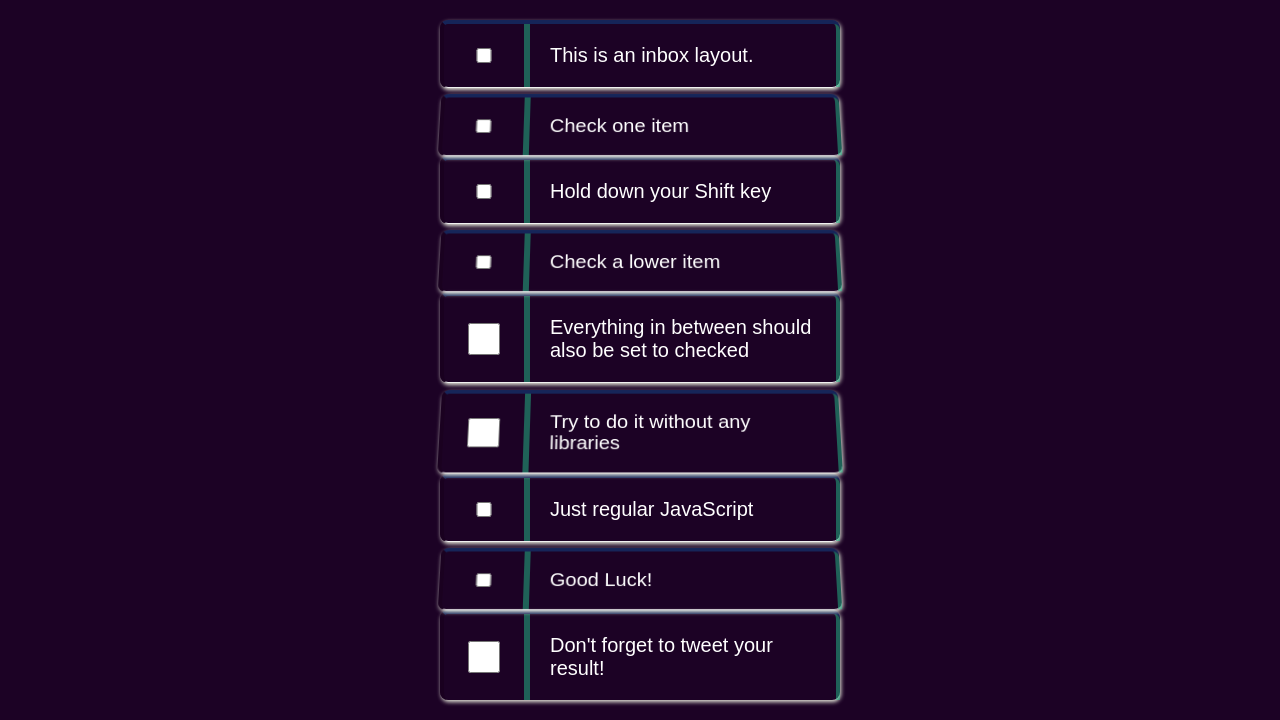
Repository: Freezler/Shift-Select-Checkboxes
Page: index.html
These files come from the project's save history. The page is drawn as it stood at one moment and after the next save; the edit follows.
The browser window is 1280 px wide. The pictures show the whole page.

Above is the page before, as saved 2024-09-07 23:04:22.

### index.html
<!DOCTYPE html>
<html lang="en">

<head>
  <meta charset="UTF-8">
  <title>Hold Shift to Check Multiple Checkboxes</title>
  <link rel="icon" href="https://fav.farm/🔥" />
</head>

<body>
  <style>
    :root {
      --background-color: rgb(28, 2, 37);
      --border-color: hsla(292, 94%, 6%, 0.8);

    }

    html {
      font-family: sans-serif;
      font-weight: 500;
      background: var(--background-color);
      user-select: none;
    }




    .inbox {
      max-width: 400px;
      margin: 20px auto;
      gap: 0px;
      border-radius: 5px;
      display: flex;
      flex-direction: column;
      background: var(--background-color);
    }

    .item {
      display: flex;
      transition: all 0.3s ease-in-out;
      border-inline-start: 4px solid var(--border-color);
      ;
      border-block-start: 4px solid rgba(0, 149, 255, 0.239);
      box-shadow: 1px 2px 4px rgba(244, 249, 232, 0.947);
      border-bottom: 1px solid #F1F1F1;
      color: white;
      border-radius: 8px;
    }

    .item:last-child {
      border-bottom: 0;
    }



    input[type="checkbox"] {
      margin: 24px;
      width: 32px;
      accent-color: #7c0529ef;
    }

    input:checked+p {
      background: #a3045131;
      text-decoration: line-through;
      color: cornsilk;
      border-inline: 8px solid #5e057cef;
      transition: all 0.9s ease-in-out;
      border-radius: 99px;
      margin-inline: 4px;


    }



    .inbox .item:nth-child(even) {
      transform: perspective(1500px) rotateX(24deg) translateY(3px) scale(1.001);

    }

    .inbox .item:nth-child(odd) {
      transform: perspective(1500px) rotateX(-24deg) translateY (3px) scale(1.001);

    }

    .item:nth-child(odd):hover {
      transform: perspective(400px) rotateX(24deg) translateY(3px);

    }

    .item:nth-child(even):hover {
      transform: perspective(400px) rotateX(24deg) translateY(3px);

    }

    .item:nth-child(even) {
      transform: perspective(1500px) rotateX(-24deg) translateY(3px);

    }

    p {
      margin: 0;
      padding: 20px;
      transition: background 0.3s;
      flex: 1;

      font-size: 20px;
      font-weight: 200;
      border-inline: 6px solid #23cc9178;
      border-inline-end: 4px solid #23cc9178;
      border-start-end-radius: 6px;
    }
  </style>
  <!--  The following is a common layout you would see in an email client.
        When a user clicks a checkbox, holds Shift, and then clicks another checkbox a few rows down, all the checkboxes in between those two checkboxes should be checked.

  -->
  <div class="inbox">
    <div class="item">
      <input type="checkbox">
      <p>This is an inbox layout.</p>
    </div>
    <div class="item">
      <input type="checkbox">
      <p>Check one item</p>
    </div>
    <div class="item">
      <input type="checkbox">
      <p>Hold down your Shift key</p>
    </div>
    <div class="item">
      <input type="checkbox">
      <p>Check a lower item</p>
    </div>
    <div class="item">
      <input type="checkbox">
      <p>Everything in between should also be set to checked</p>
    </div>
    <div class="item">
      <input type="checkbox">
      <p>Try to do it without any libraries</p>
    </div>
    <div class="item">
      <input type="checkbox">
      <p>Just regular JavaScript</p>
    </div>
    <div class="item">
      <input type="checkbox">
      <p>Good Luck!</p>
    </div>
    <div class="item">
      <input type="checkbox">
      <p>Don't forget to tweet your result!</p>
    </div>
  </div>

  <script>
    const checkboxes = document.querySelectorAll('.inbox input[type="checkbox"]');

    checkboxes.forEach(checkbox => checkbox.addEventListener('click', handleCheck))

    let lastChecked;

    function handleCheck(e) {
      // check for shift-press && checked
      let inBetween = false;
      // loop over every single checkbox
      if (e.shiftKey && this.checked) {
        checkboxes.forEach(checkbox => {
          if (checkbox === this || checkbox === lastChecked) {
            inBetween = !inBetween
          }
          if (inBetween) {
            checkbox.checked = true
          }
        })
      }

      if (e.shiftKey && this.checked) {
        console.log("haha it's clicked with shift down AND checked!")
      }
      if (e.shiftKey && !this.checked) {
        console.log("haha it's clicked with shift down but not checked!")
      }
      lastChecked = this;
    }

  </script>
</body>

</html>

After the next save:
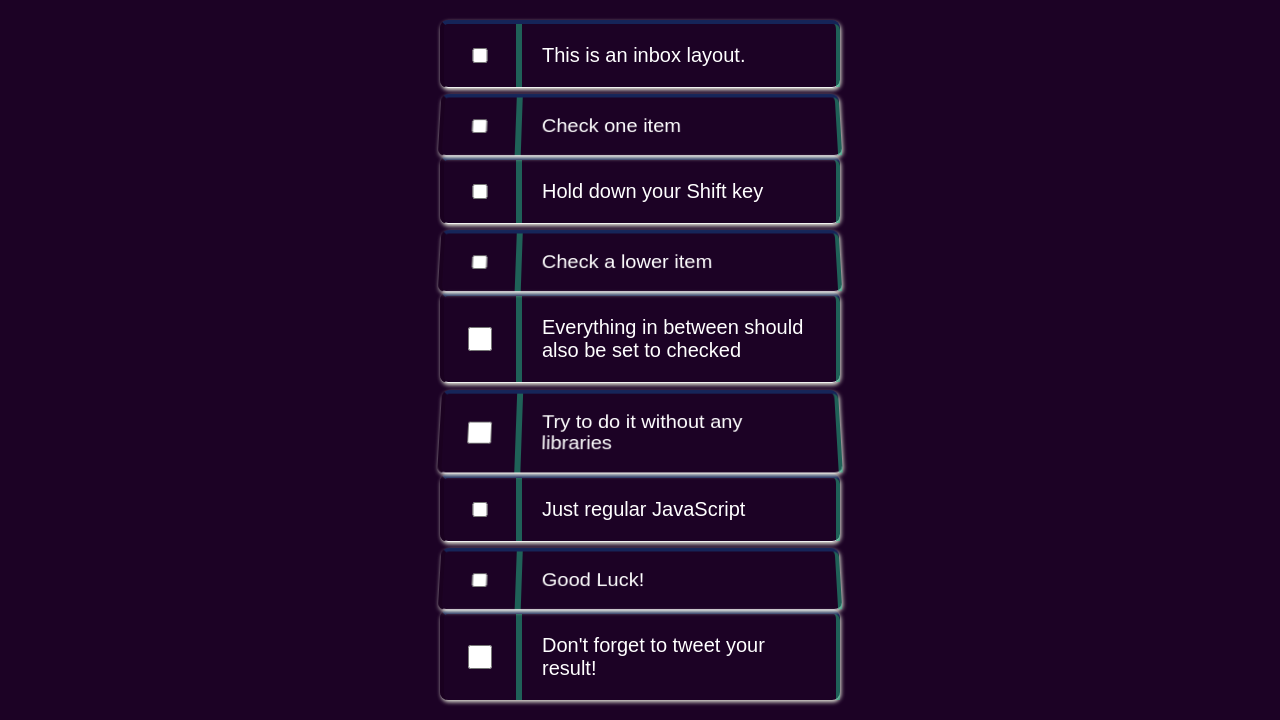
Saved 11 s later.
--- a/index.html
+++ b/index.html
@@ -55,7 +55,7 @@
 
     input[type="checkbox"] {
       margin: 24px;
-      width: 32px;
+      width: 24px;
       accent-color: #7c0529ef;
     }
 
